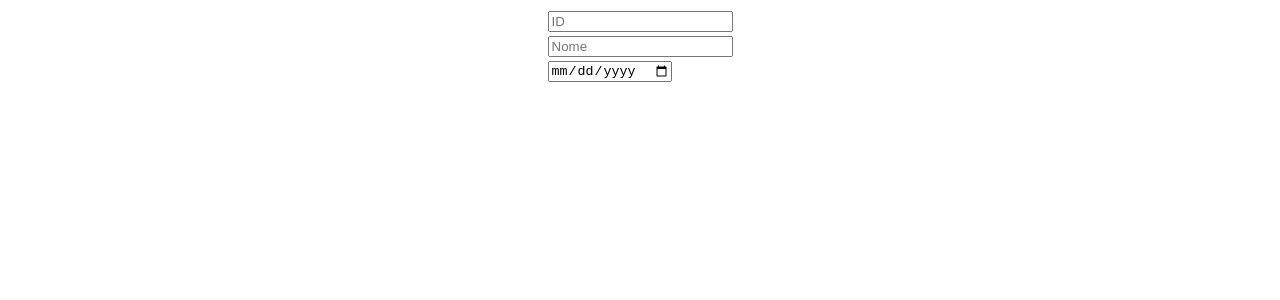
Repository: Frm2003/Laboratorio-de-Banco-de-Dados
Page: ExemploHTML/src/main/webapp/index.html
These files come from the project's save history. The page is drawn as it stood at one moment and after the next save; the edit follows.
The browser window is 1280 px wide. The pictures show the whole page.

Above is the page before, as saved 2023-08-08 12:54:03.

After the next save:
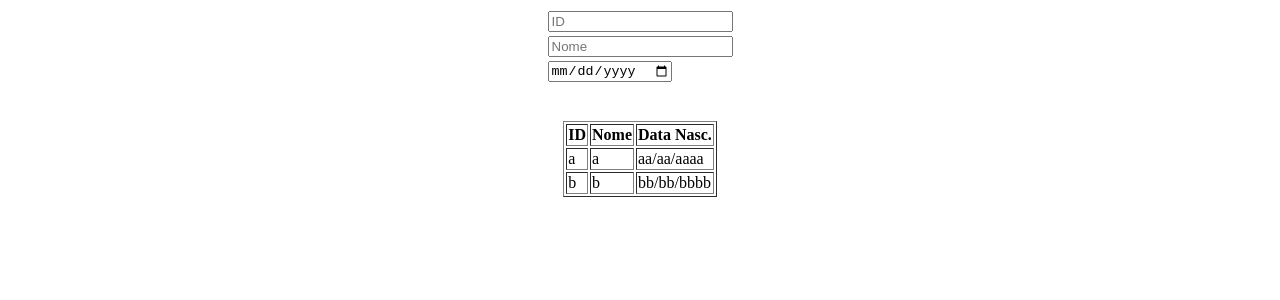
Saved 8 s later.
--- a/ExemploHTML/src/main/webapp/index.html
+++ b/ExemploHTML/src/main/webapp/index.html
@@ -27,6 +27,32 @@
 		</table>
 	</div>
 
+	<br>
+	<br>
+
+	<div align="center">
+		<table border="1">
+			<thead>
+				<tr>
+					<th><b>ID</b></th>
+					<th><b>Nome</b></th>
+					<th><b>Data Nasc.</b></th>
+				</tr>
+			</thead>
+			<tbody>
+				<tr>
+					<td>a</td>
+					<td>a</td>
+					<td>aa/aa/aaaa</td>
+				</tr>
+				<tr>
+					<td>b</td>
+					<td>b</td>
+					<td>bb/bb/bbbb</td>
+				</tr>
+			</tbody>
+		</table>
+	</div>
 </body>
 
 </html>
